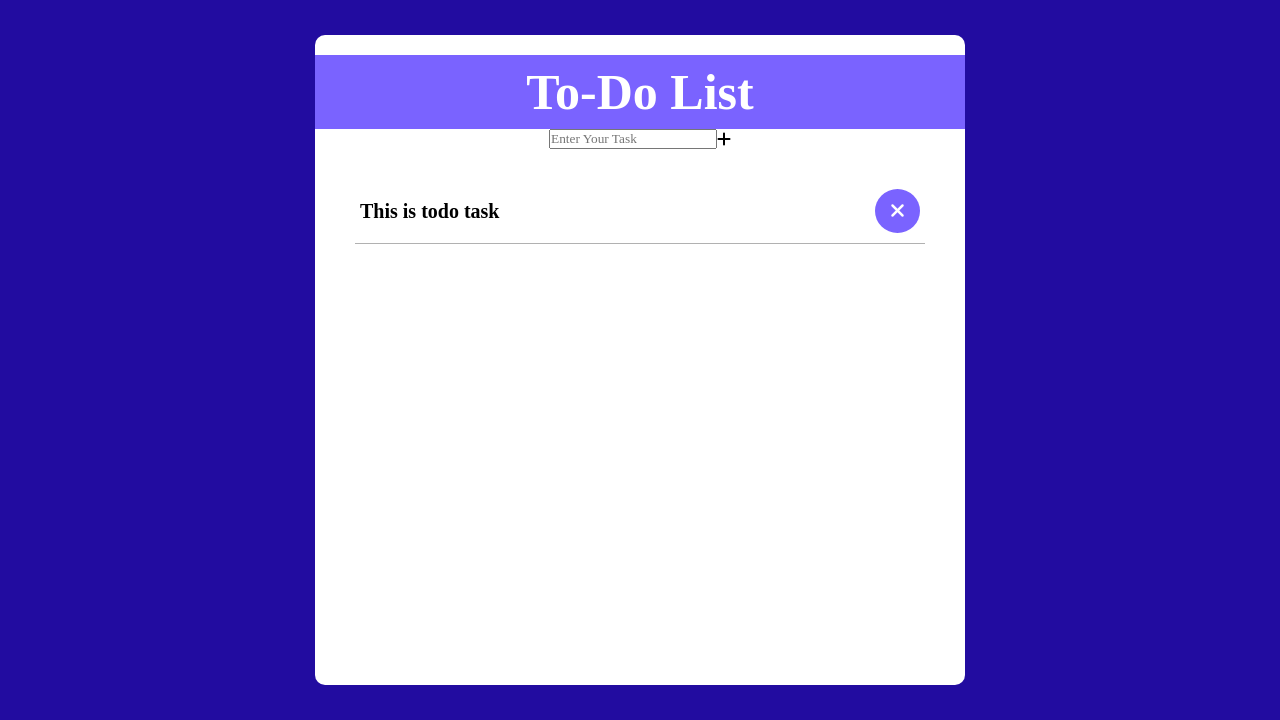
Repository: AliHassan02-Dev/To-Do-App
Page: /
These files come from the project's save history. The page is drawn as it stood at one moment and after the next save; the edit follows.
The browser window is 1280 px wide. The pictures show the whole page.
Some web libraries are served in a nearby version. The project was rebuilt for these pictures with package versions that can differ from the ones it lists, and the page was loaded fresh each time. Also part of the build but not shown: vite.config.js.

Above is the page before, as saved 2024-10-28 11:51:31.

After the next save:
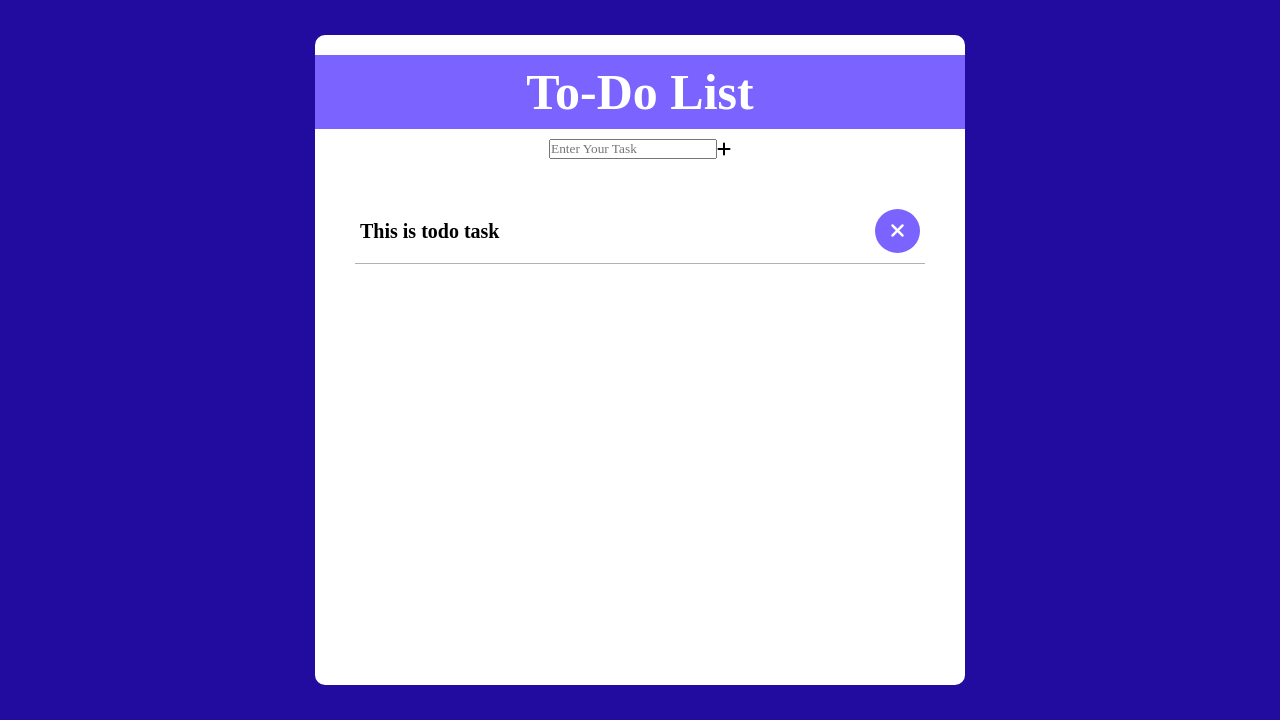
Saved 9 s later.
--- a/src/App.css
+++ b/src/App.css
@@ -41,6 +41,7 @@
   display: flex;
   justify-content: center;
   align-items: center;
+  padding: 10px 40px;
 }
 
 .mainWrapper .container .bottomBar {
